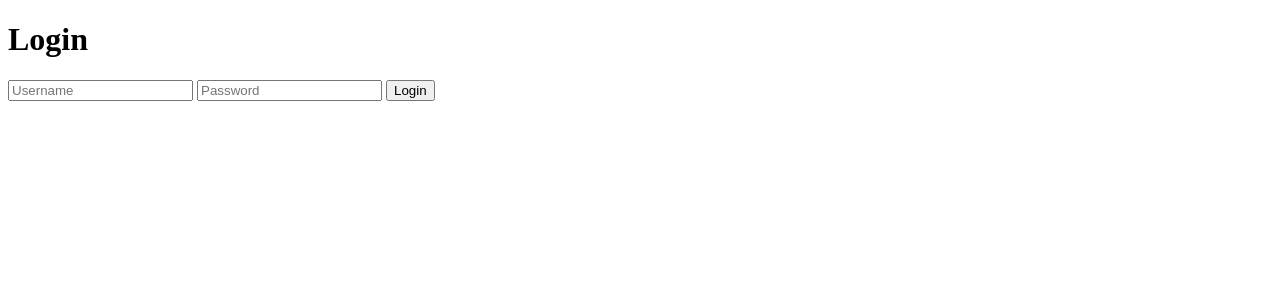
Repository: Appl3Kitti3/PROJECT_4537
Page: ClientSide/login.html
These files come from the project's save history. The page is drawn as it stood at one moment and after the next save; the edit follows.
The browser window is 1280 px wide. The pictures show the whole page.

Above is the page before, as saved 2024-10-17 21:09:38.

After the next save:
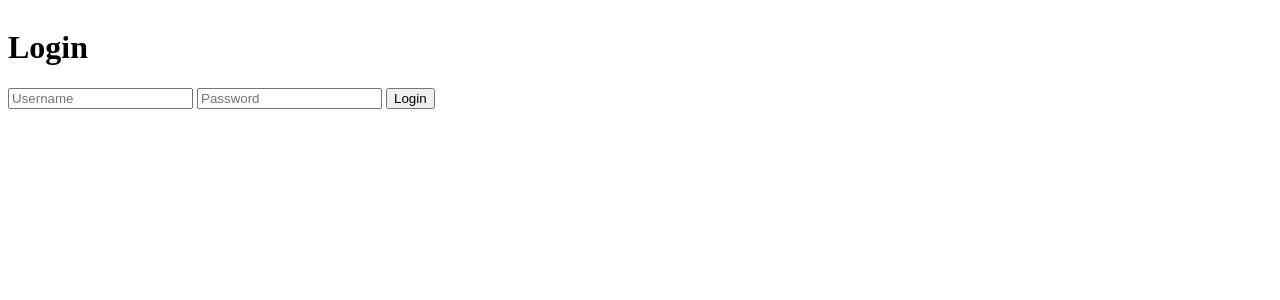
Saved 7 s later.
--- a/ClientSide/login.html
+++ b/ClientSide/login.html
@@ -15,6 +15,9 @@
     </head>
 
     <body>
+        <div class="main-container">
+
+        </div>
         <h1>
             Login
         </h1>
